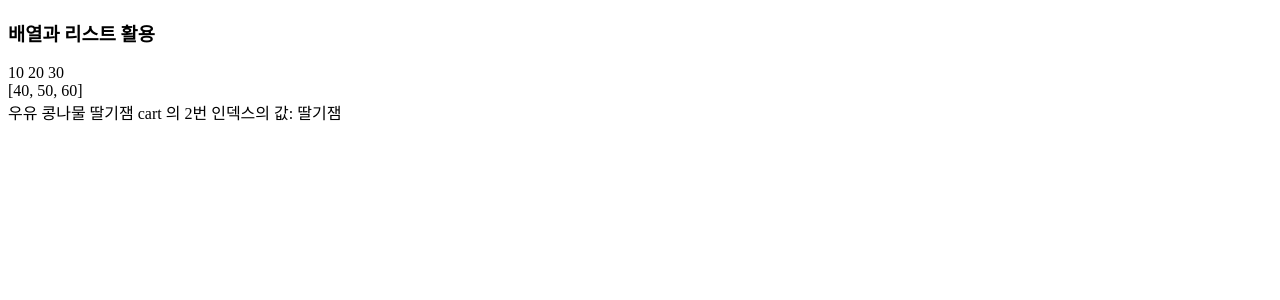
Repository: KyoungHwanJeong/jspworks
Page: http://localhost/jwbook/ch01/scriptlet2.jsp
The author's editor kept a copy of each file at every save. The page is drawn from the files as they stood at one save, then again after the next save.
The browser window is 1280 px wide. The pictures show the whole page.
The page is served by Tomcat 9. Other server files are loaded and not shown.

Above is the page before, as saved 2023-11-20 02:48:50.

### jwbook/src/main/webapp/ch01/scriptlet2.jsp
<%@page import="java.util.ArrayList"%>
<%@page import="java.util.Arrays"%>
<%@ page language="java" contentType="text/html; charset=UTF-8"
    pageEncoding="UTF-8"%>
<!DOCTYPE html>
<html>
<head>
<meta charset="UTF-8">
<title>배열과 리스트 활용</title>
</head>
<body>
	<h3>배열과 리스트 활용</h3>
	<%
		//배열
		int[] arr = new int[]{10, 20, 30};
		for(int i = 0; i<arr.length; i++){
			out.println(arr[i]);
		}
		out.println("<br>");

		//Arrays 클래스로 출력하기
		int arr2[] = new int[]{40, 50, 60};
		out.println(Arrays.toString(arr2));

		//ArrayList 클래스
		ArrayList<String> cart = new ArrayList<>();
		cart.add("우유");
		cart.add("콩나물");
		cart.add("딸기잼");

		out.println("<br>");

		// 향상 for문
		for(String cart1: cart){
			out.println(cart1);
		}


	%>
	<!-- 2번 인덱스의 요소 출력 -->
	cart 의 2번 인덱스의 값: <%=cart.get(2) %>
</body>
</html>

After the next save:
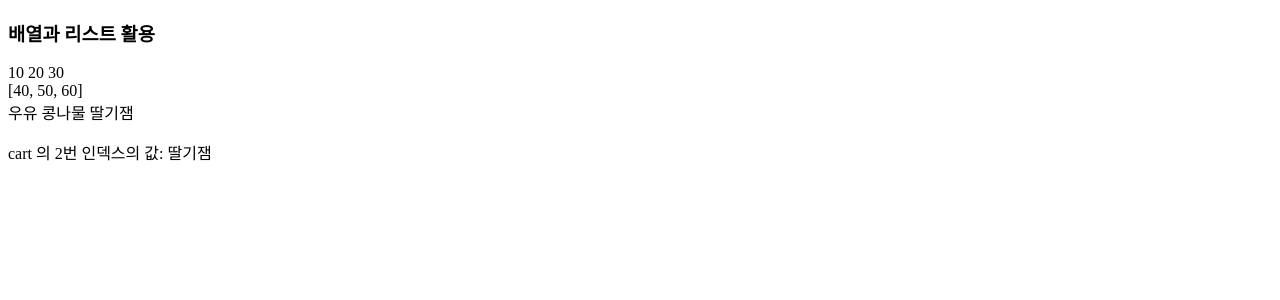
Saved 20 s later.
--- a/jwbook/src/main/webapp/ch01/scriptlet2.jsp
+++ b/jwbook/src/main/webapp/ch01/scriptlet2.jsp
@@ -38,6 +38,6 @@
 
 	%>
 	<!-- 2번 인덱스의 요소 출력 -->
-	cart 의 2번 인덱스의 값: <%=cart.get(2) %>
+	<p>cart 의 2번 인덱스의 값: <%=cart.get(2) %></p>
 </body>
 </html>
